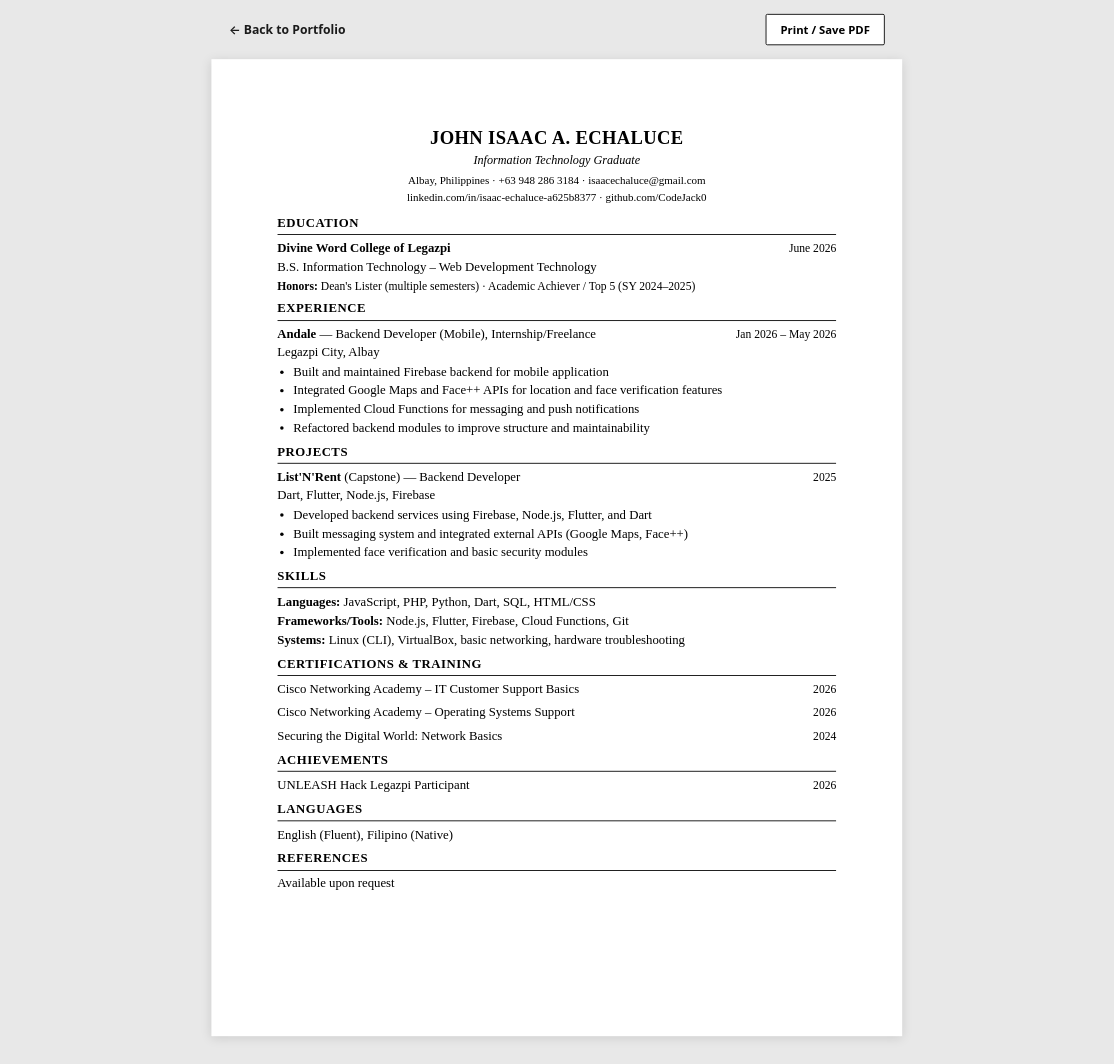
Repository: CodeJack0/Professional_Portfolio
Page: pages/resume.html
These files come from the project's save history. The page is drawn as it stood at one moment and after the next save; the edit follows.
The browser window is 1280 px wide. The pictures show the whole page, at 87% of full size.

Above is the page before, as saved 2026-05-29 20:59:50.

### pages/resume.html
<!DOCTYPE html>
<html lang="en">
<head>
  <meta charset="UTF-8" />
  <meta name="viewport" content="width=device-width, initial-scale=1.0" />
  <meta name="description" content="Resume / CV — John Isaac A. Echaluce, IT Graduate" />
  <title>Resume / CV — John Isaac A. Echaluce</title>
  <link rel="stylesheet" href="../css/resume.css" />
</head>
<body class="resume-page">
  <div class="resume-toolbar no-print">
    <a href="../index.html" class="toolbar-link">← Back to Portfolio</a>
    <button type="button" class="toolbar-btn" onclick="window.print()">Print / Save PDF</button>
  </div>

  <article class="resume-document" aria-label="Resume">
    <header class="resume-header">
      <h1 class="resume-name">John Isaac A. Echaluce</h1>
      <p class="resume-tagline">Information Technology Graduate</p>
      <p class="resume-contact-line">
        Albay, Philippines · <a href="tel:+639482863184">+63 948 286 3184</a> ·
        <a href="mailto:isaacechaluce@gmail.com">isaacechaluce@gmail.com</a>
      </p>
      <p class="resume-contact-line resume-contact-line--links">
        <a href="https://www.linkedin.com/in/isaac-echaluce-a625b8377/" rel="noopener noreferrer">linkedin.com/in/isaac-echaluce-a625b8377</a> ·
        <a href="https://github.com/CodeJack0" rel="noopener noreferrer">github.com/CodeJack0</a>
      </p>
    </header>

    <main class="resume-content">
      <section class="resume-section">
        <h2 class="resume-section-title">Education</h2>

        <div class="entry">
          <div class="entry-row">
            <span class="entry-left"><strong>Divine Word College of Legazpi</strong></span>
            <span class="entry-right">June 2026</span>
          </div>
          <div class="entry-row entry-row--sub">
            <span class="entry-left">B.S. Information Technology – Web Development Technology</span>
          </div>
          <p class="honors-line">
            <strong>Honors:</strong> Dean's Lister (multiple semesters) · Academic Achiever / Top 5 (SY 2024–2025)
          </p>
        </div>
      </section>

      <section class="resume-section">
        <h2 class="resume-section-title">Experience</h2>

        <div class="entry">
          <div class="entry-row">
            <span class="entry-left"><strong>Andale</strong> — Backend Developer (Mobile), Internship/Freelance</span>
            <span class="entry-right">Jan 2026 – May 2026</span>
          </div>
          <div class="entry-row entry-row--sub">
            <span class="entry-left">Legazpi City, Albay</span>
          </div>
          <ul class="resume-list">
            <li>Built and maintained Firebase backend for mobile application</li>
            <li>Integrated Google Maps and Face++ APIs for location and face verification features</li>
            <li>Implemented Cloud Functions for messaging and push notifications</li>
            <li>Refactored backend modules to improve structure and maintainability</li>
          </ul>
        </div>
      </section>

      <section class="resume-section">
        <h2 class="resume-section-title">Projects</h2>

        <div class="entry">
          <div class="entry-row">
            <span class="entry-left"><strong>List'N'Rent</strong> (Capstone) — Backend Developer</span>
            <span class="entry-right">2025</span>
          </div>
          <div class="entry-row entry-row--sub">
            <span class="entry-left">Dart, Flutter, Node.js, Firebase</span>
          </div>
          <ul class="resume-list">
            <li>Developed backend services using Firebase, Node.js, Flutter, and Dart</li>
            <li>Built messaging system and integrated external APIs (Google Maps, Face++)</li>
            <li>Implemented face verification and basic security modules</li>
          </ul>
        </div>


      <section class="resume-section">
        <h2 class="resume-section-title">Skills</h2>
        <p class="skills-line"><strong>Languages:</strong> JavaScript, PHP, Python, Dart, SQL, HTML/CSS</p>
        <p class="skills-line"><strong>Frameworks/Tools:</strong> Node.js, Flutter, Firebase, Cloud Functions, Git</p>
        <p class="skills-line"><strong>Systems:</strong> Linux (CLI), VirtualBox, basic networking, hardware troubleshooting</p>
      </section>

      <section class="resume-section">
        <h2 class="resume-section-title">Certifications & Training</h2>

        <div class="entry entry--compact">
          <div class="entry-row">
            <span class="entry-left">Cisco Networking Academy – IT Customer Support Basics</span>
            <span class="entry-right">2026</span>
          </div>
        </div>

        <div class="entry entry--compact">
          <div class="entry-row">
            <span class="entry-left">Cisco Networking Academy – Operating Systems Support</span>
            <span class="entry-right">2026</span>
          </div>
        </div>

        <div class="entry entry--compact">
          <div class="entry-row">
            <span class="entry-left">Securing the Digital World: Network Basics</span>
            <span class="entry-right">2024</span>
          </div>
        </div>
      </section>

      <section class="resume-section">
        <h2 class="resume-section-title">Achievements</h2>
        <div class="entry entry--compact">
          <div class="entry-row">
            <span class="entry-left">UNLEASH Hack Legazpi Participant</span>
            <span class="entry-right">2026</span>
          </div>
        </div>
      </section>

      <section class="resume-section">
        <h2 class="resume-section-title">Languages</h2>
        <p class="skills-line">English (Fluent), Filipino (Native)</p>
      </section>

      <section class="resume-section">
        <h2 class="resume-section-title">References</h2>
        <p class="skills-line">Available upon request</p>
      </section>
    </main>
  </article>
</body>
</html>

### css/resume.css
/* Harvard-style resume — conservative, single column, print-first (A4) */

:root {
  --resume-page-width: 210mm;
  --resume-page-height: 297mm;
  --resume-page-margin: 20mm;
}

*,
*::before,
*::after {
  box-sizing: border-box;
}

body.resume-page {
  margin: 0;
  font-family: "Times New Roman", Times, Georgia, serif;
  font-size: 11pt;
  line-height: 1.35;
  color: #000;
  background: #e8e8e8;
  -webkit-font-smoothing: antialiased;
}

/* Toolbar (screen only) */
.resume-toolbar {
  display: flex;
  align-items: center;
  justify-content: space-between;
  max-width: var(--resume-page-width);
  margin: 0 auto;
  padding: 1rem 1.25rem;
  gap: 1rem;
  font-family: system-ui, -apple-system, sans-serif;
}

.toolbar-link {
  font-size: 0.875rem;
  font-weight: 600;
  color: #1a1a1a;
  text-decoration: none;
}

.toolbar-link:hover {
  text-decoration: underline;
}

.toolbar-btn {
  font-family: inherit;
  font-size: 0.8125rem;
  font-weight: 600;
  padding: 0.5rem 1rem;
  border: 1px solid #000;
  border-radius: 2px;
  background: #fff;
  color: #000;
  cursor: pointer;
}

.toolbar-btn:hover {
  background: #f5f5f5;
}

/* Document */
.resume-document {
  width: 100%;
  max-width: var(--resume-page-width);
  min-height: var(--resume-page-height);
  margin: 0 auto 2rem;
  padding: var(--resume-page-margin);
  background: #fff;
  box-shadow: 0 2px 12px rgba(0, 0, 0, 0.12);
}

/* Header */
.resume-header {
  text-align: center;
  margin-bottom: 0.65rem;
}

.resume-name {
  font-size: 16pt;
  font-weight: 700;
  margin: 0 0 0.25rem;
  letter-spacing: 0.02em;
  text-transform: uppercase;
}

.resume-tagline {
  margin: 0;
  font-size: 10.5pt;
  font-style: italic;
}

.resume-summary {
  margin: 0.35rem auto 0;
  max-width: 95%;
  font-size: 10pt;
  line-height: 1.4;
  text-align: center;
}

.resume-contact-line {
  margin: 0.2rem 0 0;
  font-size: 9.5pt;
  line-height: 1.45;
}

.resume-contact-line--links {
  margin-top: 0.1rem;
}

.resume-contact-line a {
  color: inherit;
  text-decoration: none;
}

.resume-contact-line a:hover {
  text-decoration: underline;
}

.honors-line {
  margin: 0.2rem 0 0;
  font-size: 10pt;
  line-height: 1.35;
}

.entry-note {
  margin: 0.15rem 0 0;
  font-size: 9.5pt;
  font-style: italic;
  line-height: 1.35;
}

/* Sections */
.resume-content {
  margin: 0;
}

.resume-section {
  margin-bottom: 0.45rem;
}

.entry--compact {
  margin-bottom: 0.2rem;
}

.resume-two-col {
  display: grid;
  grid-template-columns: 1fr 1fr;
  gap: 1.25rem;
  align-items: start;
}

.resume-two-col .resume-section-title {
  margin-top: 0;
}

.resume-section--combined {
  margin-bottom: 0;
}

.skills-line--muted {
  font-size: 9.5pt;
  font-style: italic;
}

.resume-section:last-child {
  margin-bottom: 0;
}

.resume-section-title {
  font-size: 11pt;
  font-weight: 700;
  text-transform: uppercase;
  letter-spacing: 0.04em;
  margin: 0.5rem 0 0.35rem;
  padding-bottom: 0.15rem;
  border-bottom: 1px solid #000;
}

.resume-section:first-child .resume-section-title {
  margin-top: 0;
}

/* Entries */
.entry {
  margin-bottom: 0.45rem;
}

.entry:last-child {
  margin-bottom: 0;
}

.entry-row {
  display: flex;
  justify-content: space-between;
  align-items: baseline;
  gap: 1rem;
}

.entry-row--sub {
  margin-top: 0.05rem;
}

.entry-left {
  flex: 1;
  min-width: 0;
}

.entry-right {
  flex-shrink: 0;
  white-space: nowrap;
  font-size: 10pt;
}

/* Lists */
.resume-list {
  margin: 0.2rem 0 0;
  padding-left: 1.15rem;
}

.resume-list li {
  margin-bottom: 0.1rem;
}

.resume-list--plain {
  list-style: disc;
  padding-left: 1.15rem;
}

/* Skills */
.skills-line {
  margin: 0.15rem 0 0;
}

.skills-line:first-of-type {
  margin-top: 0.1rem;
}

.resume-section--inline .skills-line {
  margin-top: 0.1rem;
}

/* Responsive */
@media (max-width: 640px) {
  .resume-document {
    min-height: auto;
    padding: 1rem;
  }

  .resume-contact-line {
    font-size: 9pt;
  }

  .entry-row {
    flex-direction: column;
    gap: 0.1rem;
  }

  .entry-right {
    white-space: normal;
  }

  .resume-two-col {
    grid-template-columns: 1fr;
    gap: 0.5rem;
  }
}

/* Print */
@media print {
  @page {
    size: A4;
    margin: 0;
  }

  body.resume-page {
    background: #fff;
    font-size: 11pt;
  }

  .no-print {
    display: none !important;
  }

  .resume-document {
    max-width: none;
    min-height: auto;
    margin: 0;
    padding: var(--resume-page-margin);
    box-shadow: none;
  }

  .resume-contact-line a {
    text-decoration: none;
  }

  .entry,
  .resume-section {
    break-inside: avoid;
  }
}

After the next save:
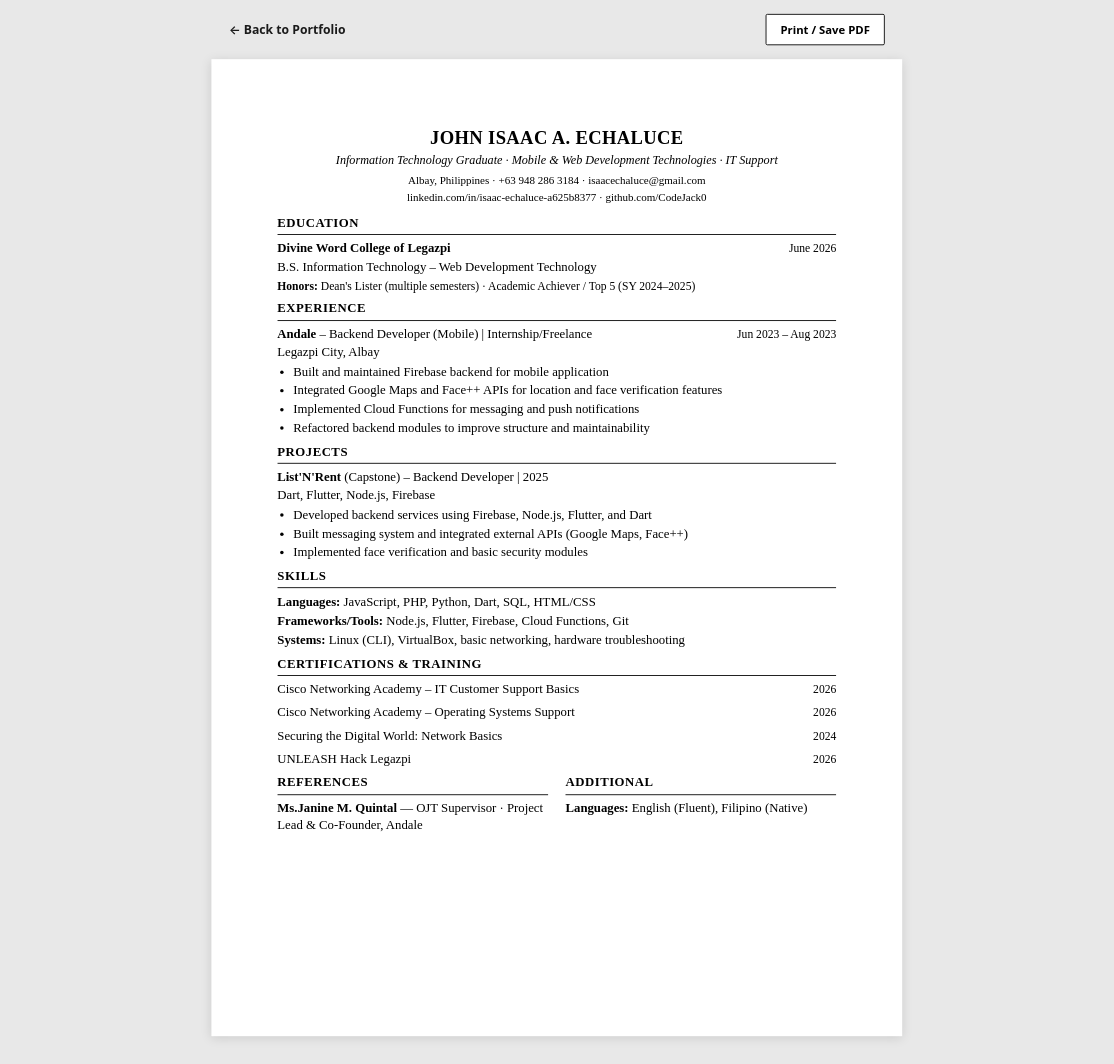
Saved 6 min 49 s later.
--- a/pages/resume.html
+++ b/pages/resume.html
@@ -16,7 +16,7 @@
   <article class="resume-document" aria-label="Resume">
     <header class="resume-header">
       <h1 class="resume-name">John Isaac A. Echaluce</h1>
-      <p class="resume-tagline">Information Technology Graduate</p>
+      <p class="resume-tagline">Information Technology Graduate · Mobile &amp; Web Development Technologies · IT Support</p>
       <p class="resume-contact-line">
         Albay, Philippines · <a href="tel:+639482863184">+63 948 286 3184</a> ·
         <a href="mailto:isaacechaluce@gmail.com">isaacechaluce@gmail.com</a>
@@ -50,8 +50,8 @@
 
         <div class="entry">
           <div class="entry-row">
-            <span class="entry-left"><strong>Andale</strong> — Backend Developer (Mobile), Internship/Freelance</span>
-            <span class="entry-right">Jan 2026 – May 2026</span>
+            <span class="entry-left"><strong>Andale</strong> – Backend Developer (Mobile) | Internship/Freelance</span>
+            <span class="entry-right">Jun 2023 – Aug 2023</span>
           </div>
           <div class="entry-row entry-row--sub">
             <span class="entry-left">Legazpi City, Albay</span>
@@ -70,8 +70,8 @@
 
         <div class="entry">
           <div class="entry-row">
-            <span class="entry-left"><strong>List'N'Rent</strong> (Capstone) — Backend Developer</span>
-            <span class="entry-right">2025</span>
+            <span class="entry-left"><strong>List'N'Rent</strong> (Capstone) – Backend Developer | 2025</span>
+            <span class="entry-right"></span>
           </div>
           <div class="entry-row entry-row--sub">
             <span class="entry-left">Dart, Flutter, Node.js, Firebase</span>
@@ -114,26 +114,26 @@
             <span class="entry-right">2024</span>
           </div>
         </div>
-      </section>
 
-      <section class="resume-section">
-        <h2 class="resume-section-title">Achievements</h2>
         <div class="entry entry--compact">
           <div class="entry-row">
-            <span class="entry-left">UNLEASH Hack Legazpi Participant</span>
+            <span class="entry-left">UNLEASH Hack Legazpi</span>
             <span class="entry-right">2026</span>
           </div>
         </div>
       </section>
 
-      <section class="resume-section">
-        <h2 class="resume-section-title">Languages</h2>
-        <p class="skills-line">English (Fluent), Filipino (Native)</p>
-      </section>
-
-      <section class="resume-section">
-        <h2 class="resume-section-title">References</h2>
-        <p class="skills-line">Available upon request</p>
+      <section class="resume-section resume-section--combined">
+        <div class="resume-two-col">
+          <div>
+            <h2 class="resume-section-title">References</h2>
+            <p class="skills-line"><strong>Ms.Janine M. Quintal</strong> — OJT Supervisor · Project Lead &amp; Co-Founder, Andale</p>
+          </div>
+          <div>
+            <h2 class="resume-section-title">Additional</h2>
+            <p class="skills-line"><strong>Languages:</strong> English (Fluent), Filipino (Native)</p>
+          </div>
+        </div>
       </section>
     </main>
   </article>
